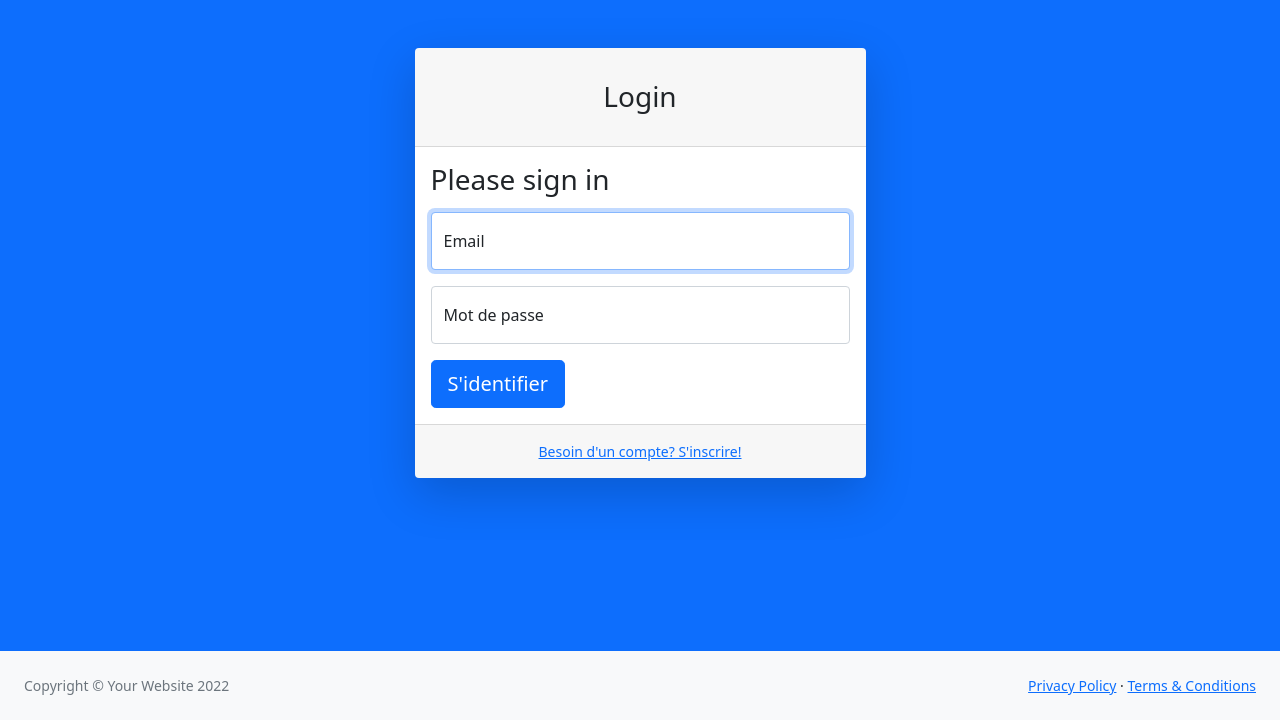
Repository: freddy1212/adulams
Page: templates/login.html.twig
The author's editor kept a copy of each file at every save. The page is drawn from the files as they stood at one save, then again after the next save.
The browser window is 1280 px wide. The pictures show the whole page.
Some web libraries are served in a nearby version. The page is a Twig template of a Symfony application; nobody is signed in and links lead nowhere. The template is opened directly, without the code that normally fills it, so the values that code supplies are empty.

Above is the page before, as saved 2022-08-29 18:04:26.

After the next save:
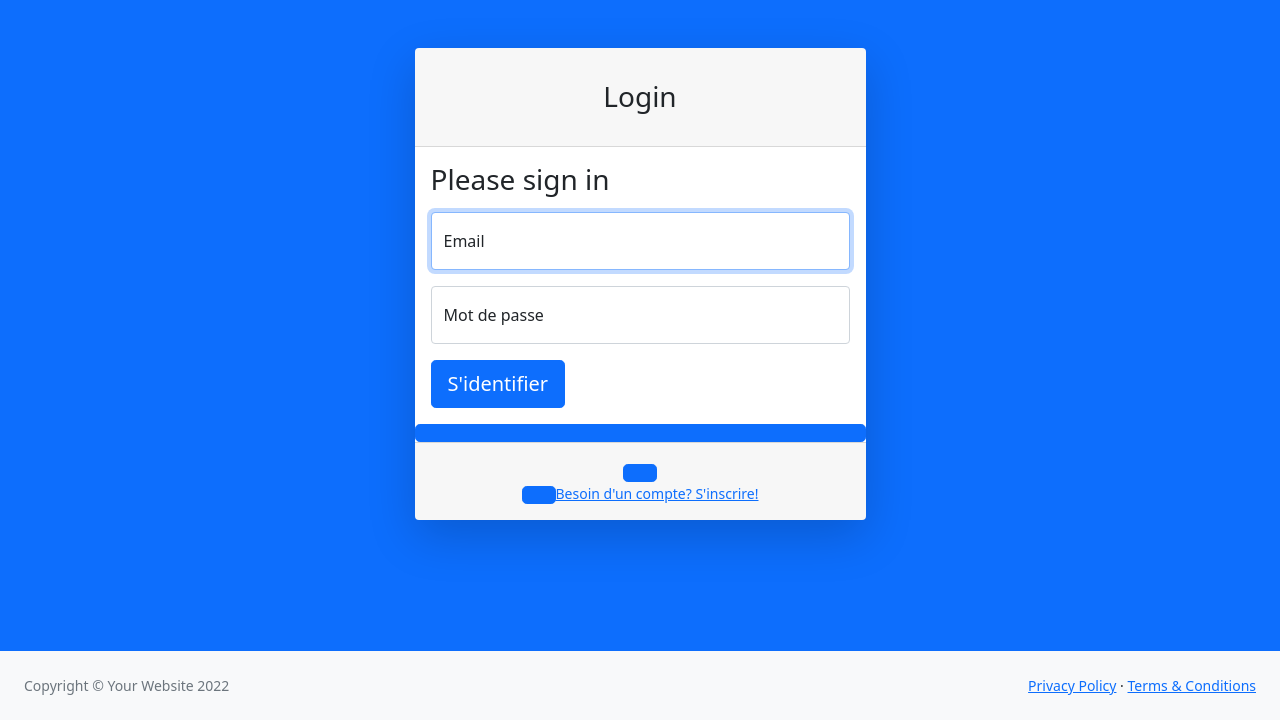
Saved 88 s later.
--- a/templates/login.html.twig
+++ b/templates/login.html.twig
@@ -62,7 +62,7 @@
                                                     </div>
                                                 #}
 
-                                                <button class="btn btn-lg btn-primary" type="submit">
+                                                <a class="btn btn-lg btn-primary" type="submit">
                                                     S'identifier
                                                 </button>
                                             </form>

After the save that followed:
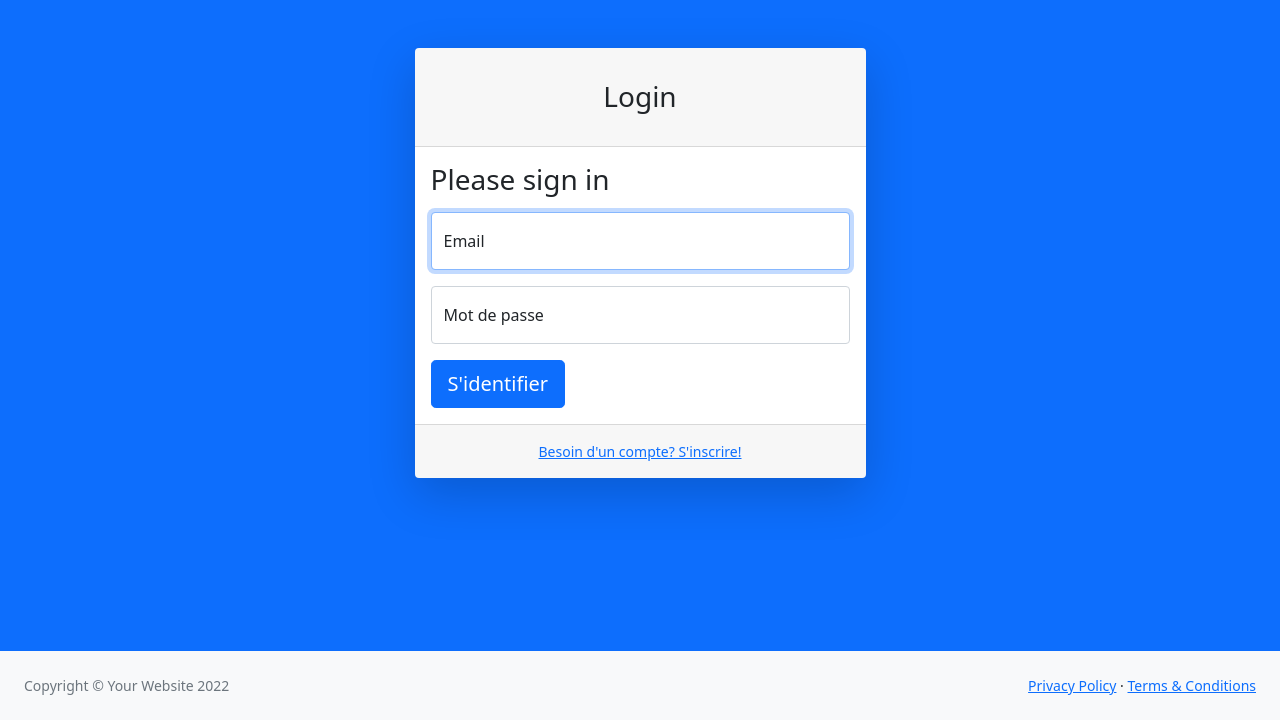
Saved 6 s later.
--- a/templates/login.html.twig
+++ b/templates/login.html.twig
@@ -64,7 +64,7 @@
 
                                                 <a class="btn btn-lg btn-primary" type="submit">
                                                     S'identifier
-                                                </button>
+                                                </a>
                                             </form>
                                         {% endblock %}
                                     </div>
